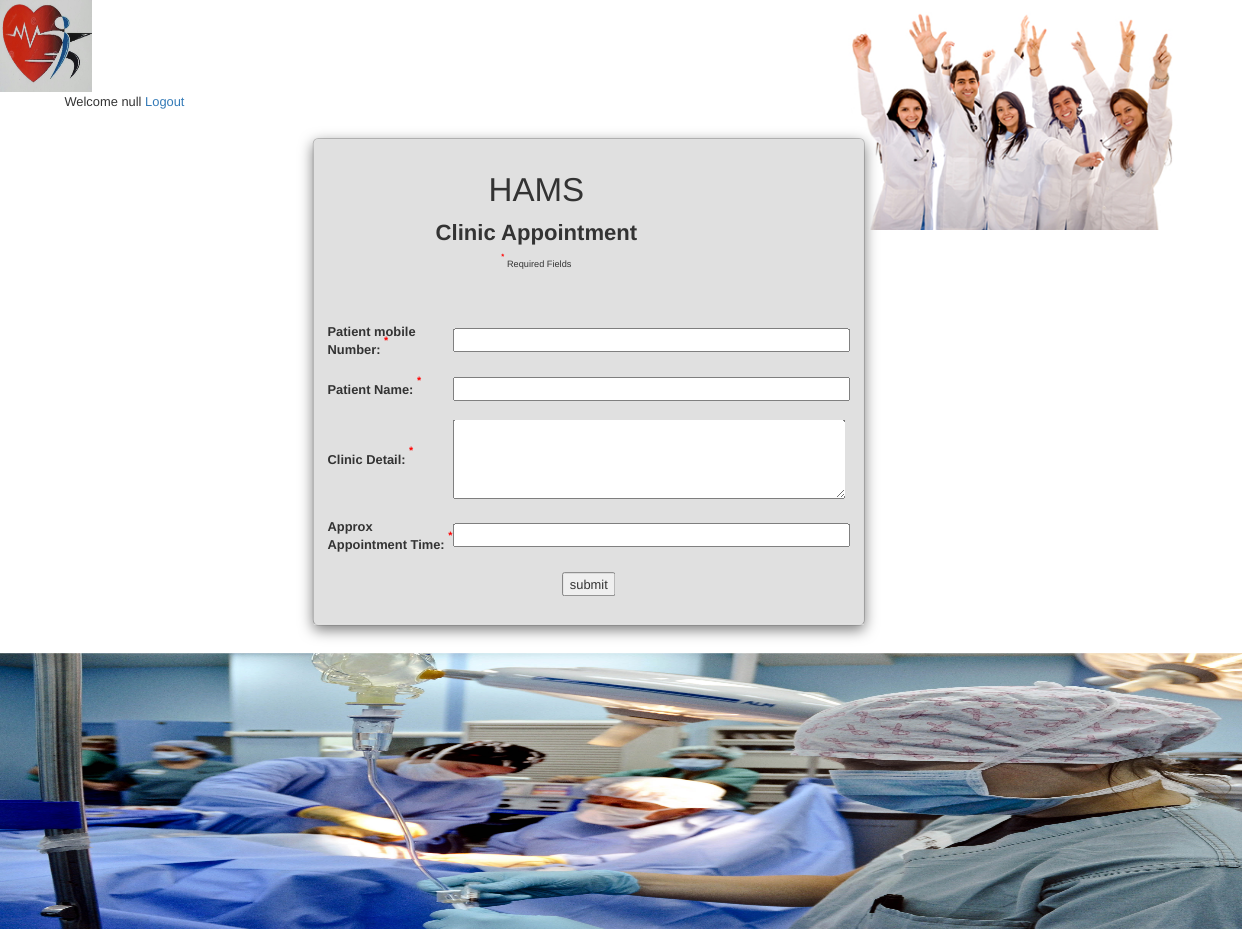
Repository: shiveshk/PullData
Page: http://localhost/Hams/appointment.jsp
These files come from the project's save history. The page is drawn as it stood at one moment and after the next save; the edit follows.
The browser window is 1280 px wide. The page is 1350 px wide, so the pictures cover 1350 px, including what lies to the right of the window. The pictures show the whole page, at 92% of full size.
The page is served by Tomcat 9. Nobody is signed in. The application's start-up code is not run. Other server files are loaded and not shown.

Above is the page before, as saved 2015-11-09 12:04:19.
Console error (its wording comes from the project's code and is left out).

### Hams/WebContent/appointment.jsp
<?xml version="1.0" encoding="ISO-8859-1" ?>

<%@ page language="java" contentType="text/html; charset=ISO-8859-1" pageEncoding="ISO-8859-1"%>
<!DOCTYPE html PUBLIC "-//W3C//DTD XHTML 1.0 Transitional//EN" "http://www.w3.org/TR/xhtml1/DTD/xhtml1-transitional.dtd">
<html xmlns="http://www.w3.org/1999/xhtml">
<head>
  <link rel="stylesheet" href="http://maxcdn.bootstrapcdn.com/bootstrap/3.3.5/css/bootstrap.min.css">
  <script src="http://maxcdn.bootstrapcdn.com/bootstrap/3.3.5/js/bootstrap.min.js"></script>
  <script src="validation.js"></script>

<link rel="stylesheet" type="text/css" href="hams.css">

<meta http-equiv="Content-Type" content="text/html; charset=ISO-8859-1" />

<title>Patient Appointment</title>


</head>



<img src = "images/HAMSLogo.jpg" alt="hamslogo" id="img1"/>
<img src = "images/image1.png" alt="doctor2" id="img3"/>

<div class="container" >

<% String username = (String)request.getSession().getAttribute("name");
out.println("Welcome "+username);
%>

<a href="LogoutServlet">Logout</a>

<center>
<div id="login-overlay" class="modal-dialog" >
     <div class="modal-content" >
          <div class="modal-header" >
<h1>HAMS</h1>


	<p><b><font size=5>Clinic Appointment</font></b></p>
	<p><font size=1><b><sup>*</sup></b> Required Fields</font></p>



<form name="myForm" action="PatientAppointmentServlet" method="post"  onsubmit="return validate()" >
 	<div class="form-group">
<table >
 <tbody>

 	 <tr class="row1">
	 	 <td><b>Patient mobile Number: <sup>*</sup></b> </td>
	 	 <td><input type="text" id="patient_mobile_number" name="patient_mobile_number"  size=50 maxlength=20 /></td>
	 </tr>

	 <tr class="row2">
	 	 <td><b>Patient Name: <sup>*</sup></b> </td>
	 	 <td><input type="text" id="patient_name" name="patient_name"  size=50 maxlength=5000 /></td>
	 </tr>



	 <tr class="row3">
	 	<td><b>Clinic Detail: <sup>*</sup></b> </td>
	 	<td><textarea  id="clinic_detail" name="clinic_detail" cols="50" rows="4" ... ></textarea></td>

	 </tr>


	 <tr class="row4">
	 	<td><b>Approx Appointment Time: <sup>*</sup></b> </td>
	 	<td><input type="text" id="time" name="time"  size=50 maxlength=5000 /></td>
	 </tr>

 </tbody>

</table>
	<br /><input type="submit" name="submit" value="submit" />
	</div>
</form>
		</div>
	</div>
</div>

</center>
</div>
	<img src = "images/hams1.jpg" alt="doctor" id="img2"/>




</body>
</html>

### Hams/WebContent/validation.js
function validate()
{
   var w=document.forms["myForm"]["patient_name"].value;
   var x=document.forms["myForm"]["clinic_detail"].value;
   //var y=document.forms["myForm"]["token_no"].value;
   var z=document.forms["myForm"]["time"].value;
   if (w.trim().length<=0) // check length of your name field
   {
      alert("Patient Name must be filled out");
      return false;
   }
   if (x.trim().length<=0) // check length of your name field
   {
      alert("clinic detail must be filled out");
      return false;
   }
   if (z.trim().length<=0) // check length of your name field
   {
      alert("Appointment time Name must be filled out");
      return false;
   }

   //contact number validation
   var mobile_no = document.forms["myForm"]["patient_mobile_number"].value;
   if (/^\d{10}$/.test(mobile_no)) {
       // value is ok, use it
   } else {
       alert("Invalid number; must be ten digits")
       number.focus()
       return false
   }

   //time validation
   var strval = document.forms["myForm"]["time"].value;

   var strval1;

   //minimum lenght is 6. example 1:2 AM
   if(strval.length < 6)
   {
    alert("Invalid time. Time format should be HH:MM AM/PM.");
    return false;
   }

   //Maximum length is 8. example 10:45 AM
   if(strval.lenght > 8)
   {
    alert("invalid time. Time format should be HH:MM AM/PM.");
    return false;
   }

   //Removing all space
   strval = trimAllSpace(strval);

   //Checking AM/PM
   if(strval.charAt(strval.length - 1) != "M" && strval.charAt(
       strval.length - 1) != "m")
   {
    alert("Invalid time. Time shoule be end with AM or PM.");
    return false;

   }
   else if(strval.charAt(strval.length - 2) != 'A' && strval.charAt(
       strval.length - 2) != 'a' && strval.charAt(
       strval.length - 2) != 'p' && strval.charAt(strval.length - 2) != 'P')
   {
    alert("Invalid time. Time shoule be end with AM or PM.");
    return false;

}
   }

### Hams/WebContent/hams.css
@CHARSET "ISO-8859-1";
<style>

 p {
  white-space: pre;
 }
sup {
    vertical-align: super;
    font-size: smaller;
    color : red;
}

#img1 {
	align: center;
	margin: auto;
	width: 100px;
	bottom: 100px;
    height: 100px;
}

#img2 {
	align: center;
	margin: auto;
	bottom: 100px;
    height: 300px;
    width: 1350px;
}
#img3 {
    float: right;
    margin: 0 0 100px 100px;
}


tr.row2 td {
    padding-top: 20px;
}

tr.row3 td {
    padding-top: 20px;
}

tr.row4 td {
    padding-top: 20px;
}


.modal-content {
    background-color: #E0E0E0 ;
}
</style>

After the next save:
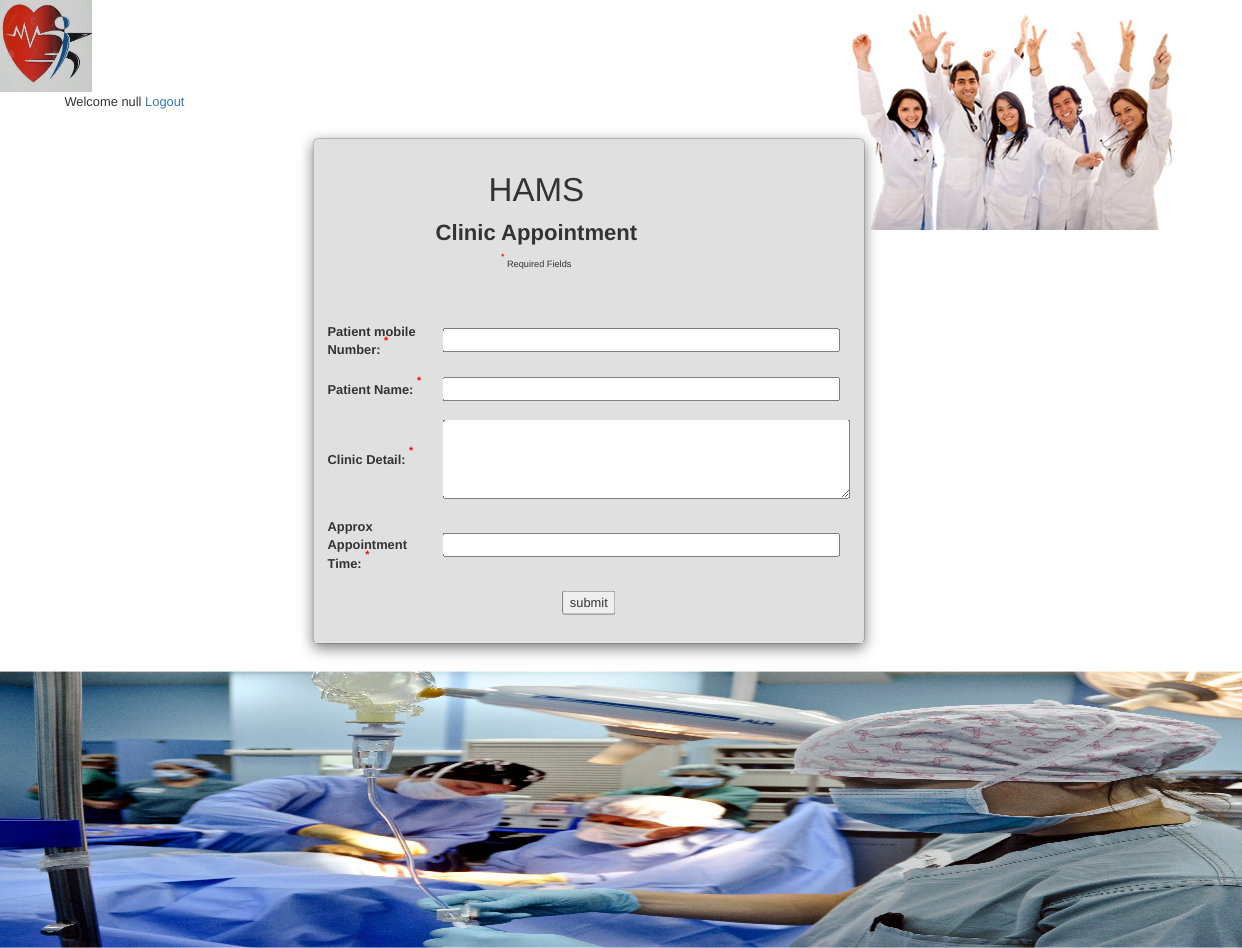
Saved 25 s later.
--- a/Hams/WebContent/appointment.jsp
+++ b/Hams/WebContent/appointment.jsp
@@ -61,7 +61,7 @@ out.println("Welcome "+username);
 
 	 <tr class="row3">
 	 	<td><b>Clinic Detail: <sup>*</sup></b> </td>
-	 	<td><textarea  id="clinic_detail" name="clinic_detail" cols="50" rows="4" ... ></textarea></td>
+	 	<td><textarea  id="clinic_detail" name="clinic_detail" cols="52" rows="4" ... ></textarea></td>
 
 	 </tr>
 
